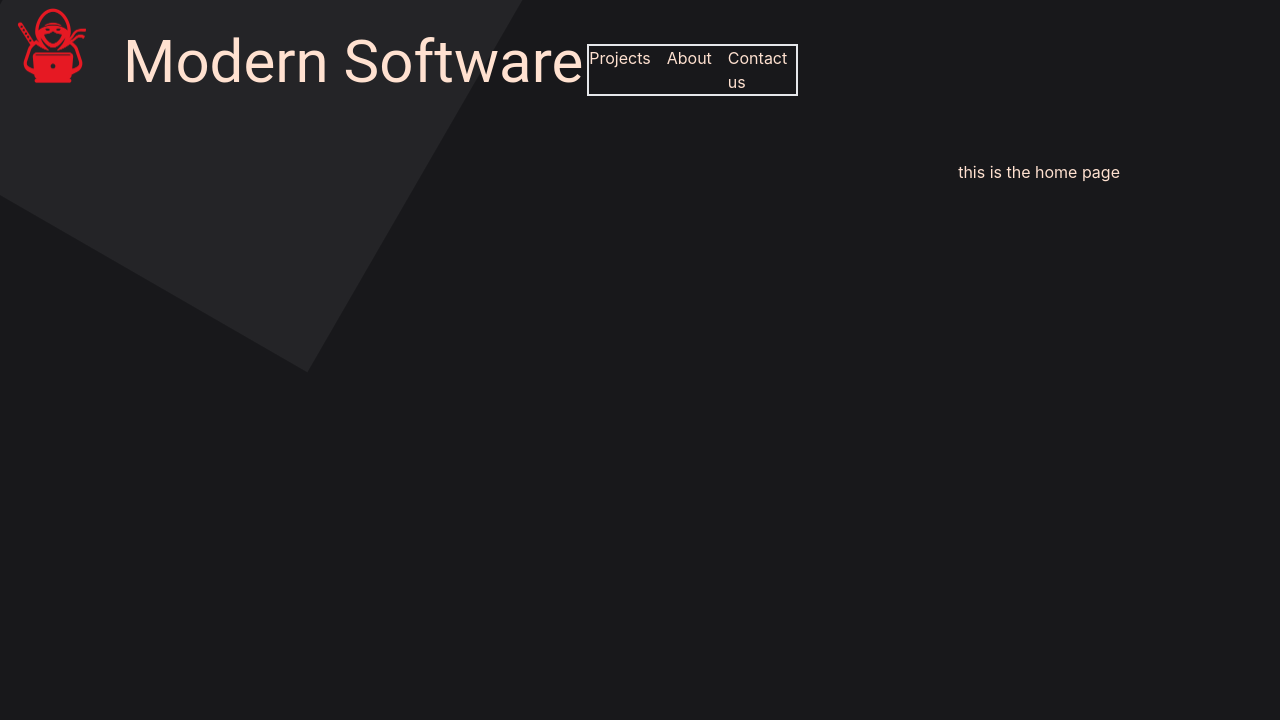
Repository: glenadamson1984/Modern-Software
Page: /
An editor plug-in stored every save of this project. The page is shown before and after the next save, followed by the edit.
The browser window is 1280 px wide. The pictures show the whole page.
The project was rebuilt for these pictures with package versions that can differ from the ones it lists, and the page was loaded fresh each time. The framework's server and built-in components were replaced by stand-ins that run in the browser. Also part of the build but not shown: next.config.js, styles/Home.module.css.

Above is the page before, as saved 2022-01-17 11:20:59.

After the next save:
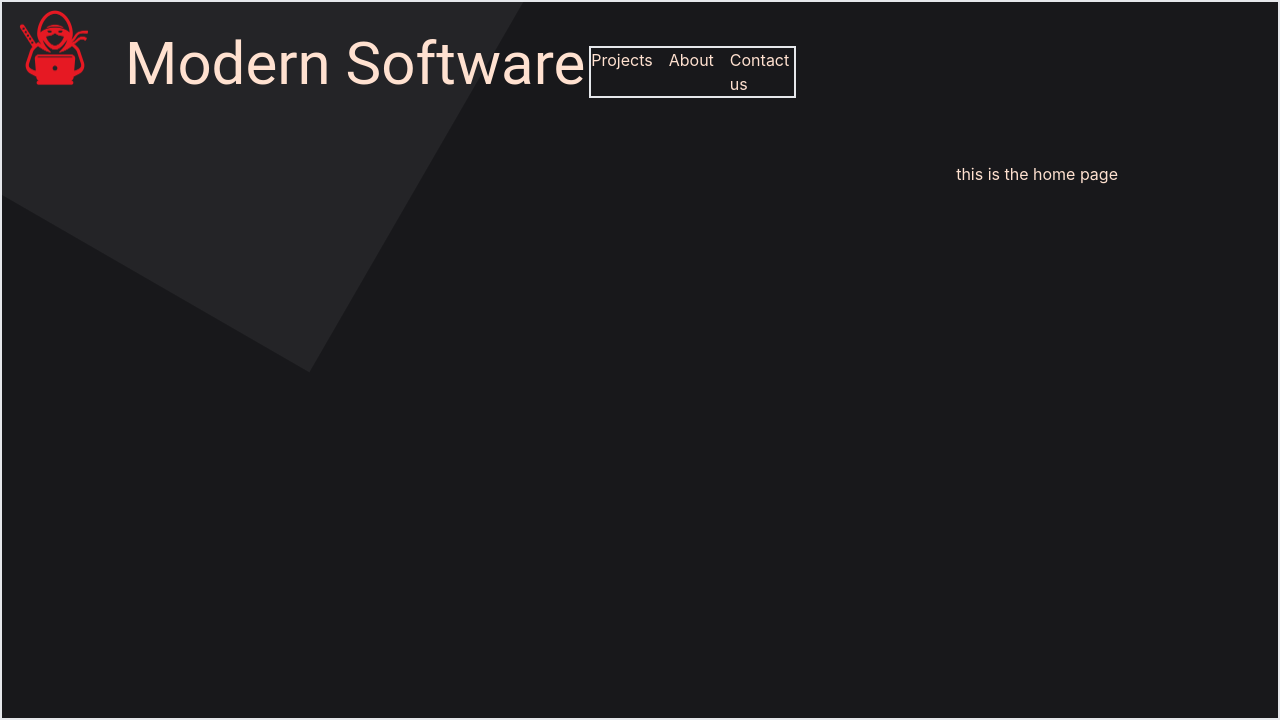
Saved 18 s later.
--- a/components/Layout.js
+++ b/components/Layout.js
@@ -3,7 +3,7 @@
 
 const Layout = ({ children }) => {
   return (
-    <div className="flex items-start justify-start min-h-screen -z-1 bg-zinc-900 ">
+    <div className="flex items-start justify-start min-h-screen border-2 -z-1 bg-zinc-900 ">
       <head>
         <title>Create Next App</title>
         <meta name="description" content="Generated by create next app" />

After the save that followed:
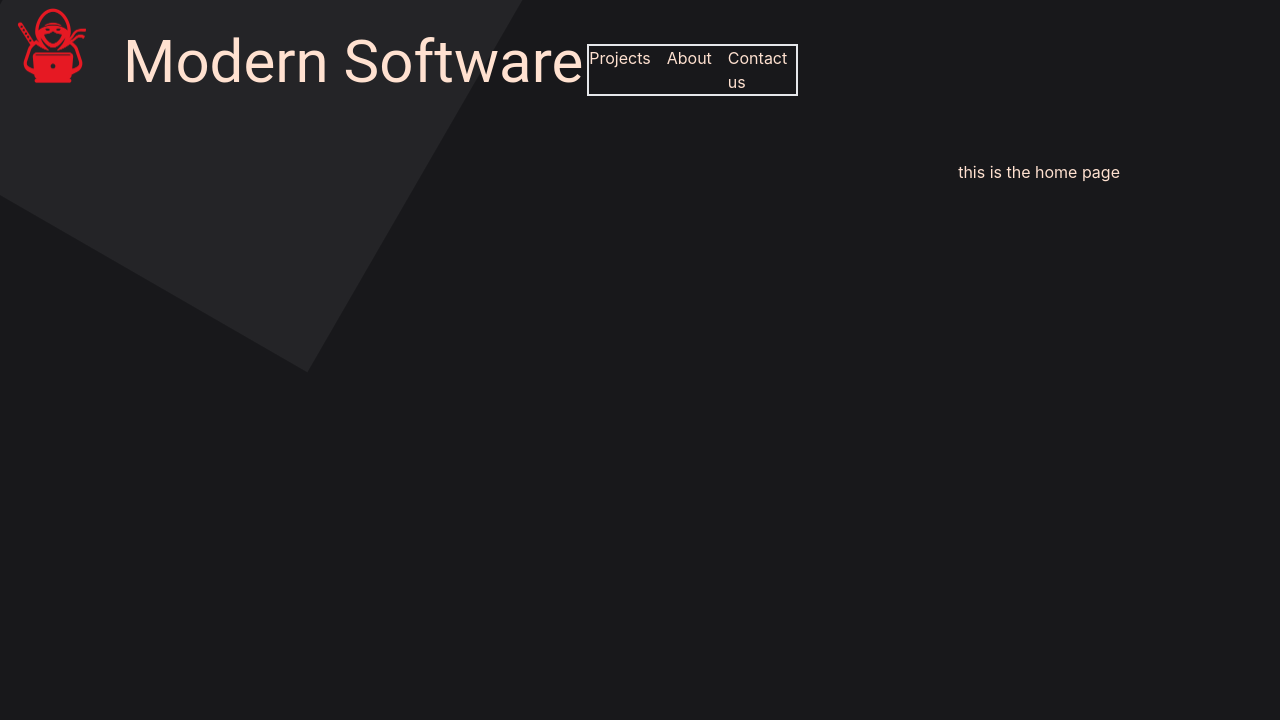
Saved 14 s later.
--- a/components/Layout.js
+++ b/components/Layout.js
@@ -3,7 +3,7 @@
 
 const Layout = ({ children }) => {
   return (
-    <div className="flex items-start justify-start min-h-screen border-2 -z-1 bg-zinc-900 ">
+    <div className="flex items-start justify-start min-h-screen -z-1 bg-zinc-900 ">
       <head>
         <title>Create Next App</title>
         <meta name="description" content="Generated by create next app" />
